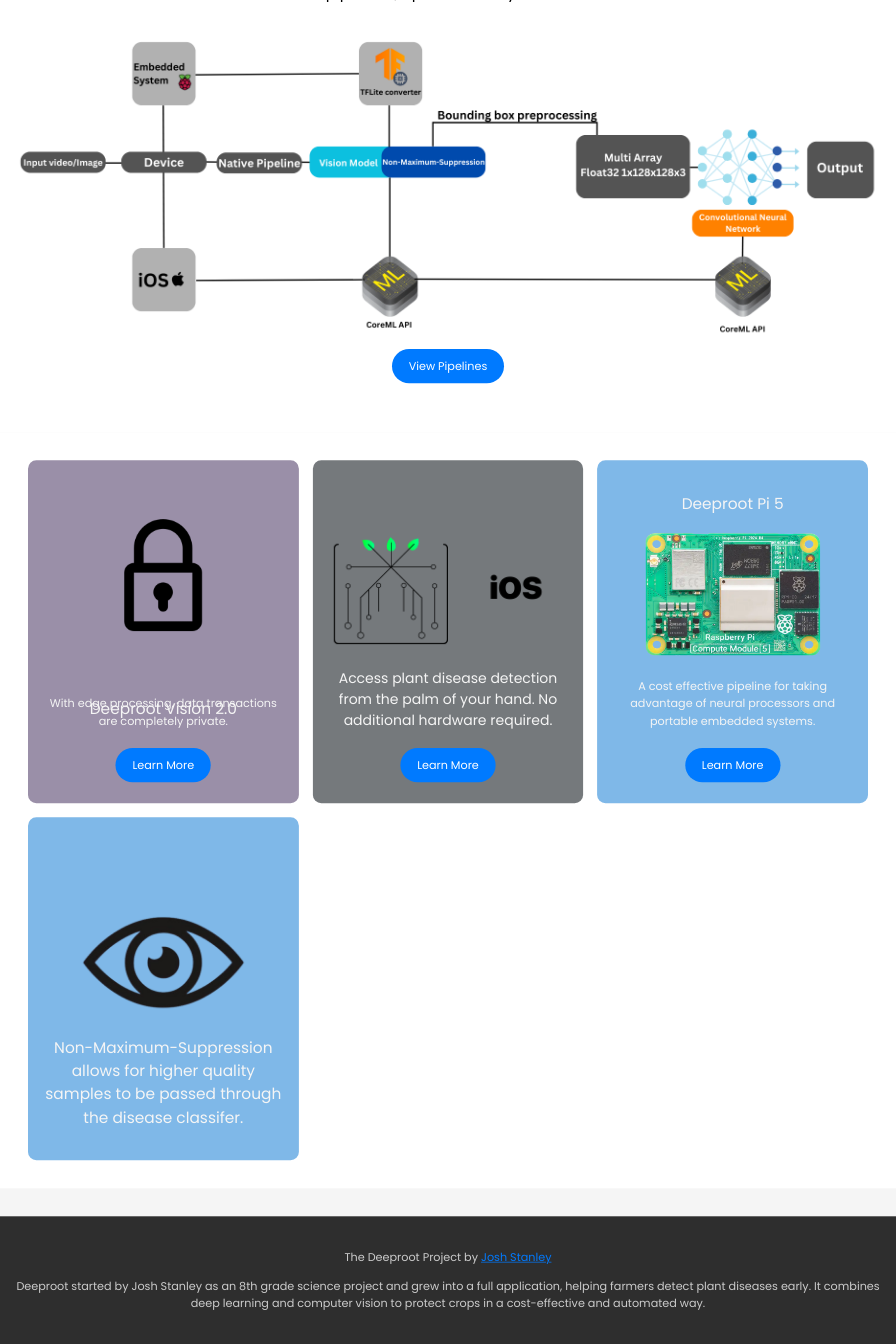
Repository: jss1118/The-Deeproot-Project
Page: Website/index.html
An editor plug-in stored every save of this project. The page is shown before and after the next save, followed by the edit.
The browser window is 1280 px wide. The pictures show the part of the page from y = 1292 to 3212 px (the page is 3212 px tall), at 70% of full size.

Above is the page before, as saved 2025-03-22 06:27:09.

After the next save:
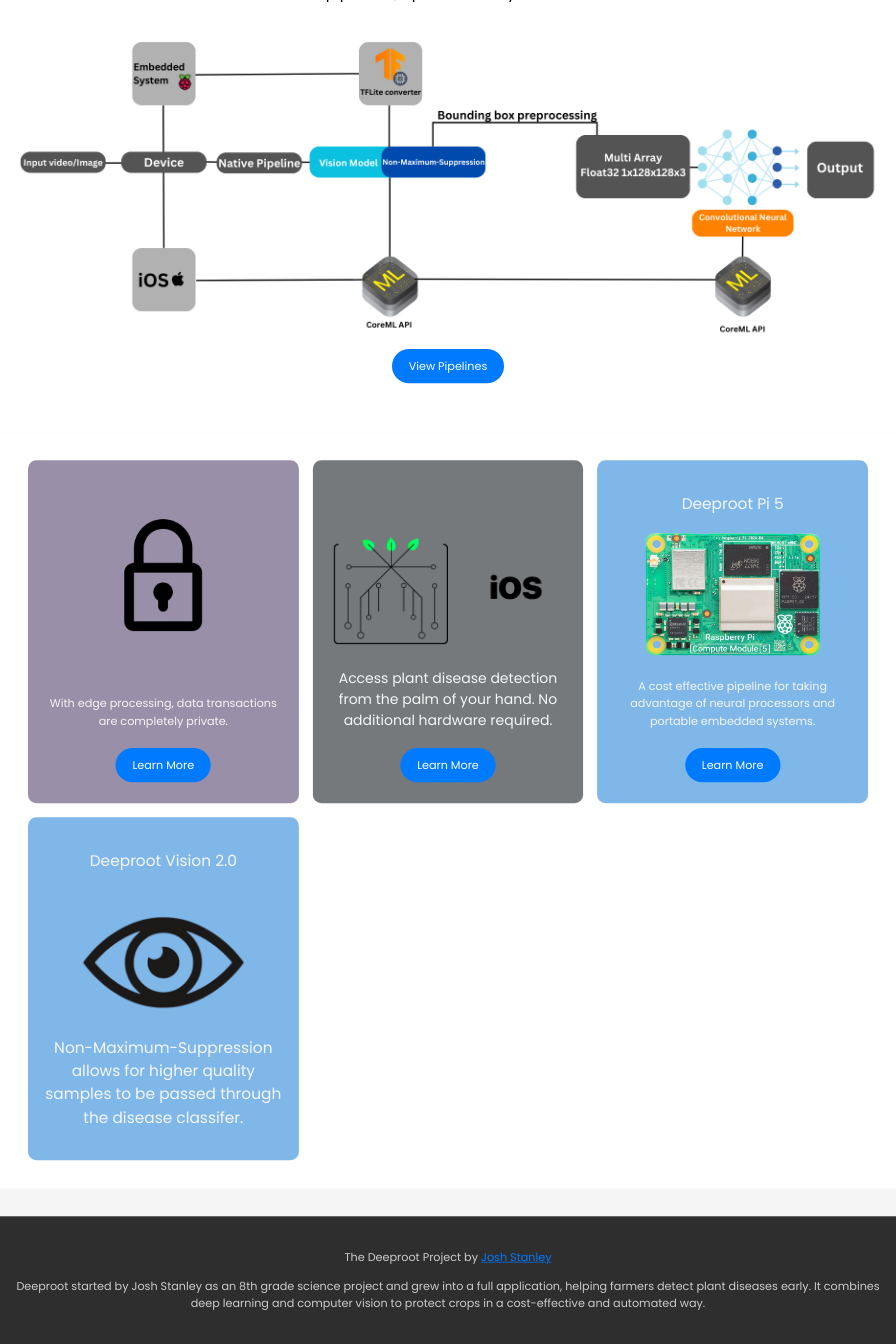
Saved 36 s later.
--- a/Website/index.html
+++ b/Website/index.html
@@ -202,7 +202,10 @@
       position: relative;
       top: 100px;
     }
-
+    .promo4title {
+      position: relative;
+      top: 150px;
+    }
 
 
     footer {
